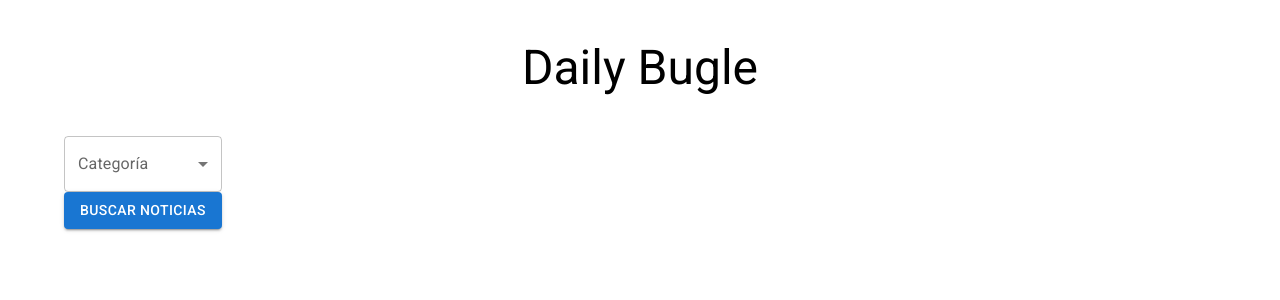
Repository: CarlosCamposRodriguez99/noticiasApp
Page: /
The author's editor kept a copy of each file at every save. The page is drawn from the files as they stood at one save, then again after the next save.
The browser window is 1280 px wide. The pictures show the whole page.
Some web fonts or font styles are not loaded; a fallback is used. The project was rebuilt for these pictures with package versions that can differ from the ones it lists, and the page was loaded fresh each time. Also part of the build but not shown: vite.config.js.

Above is the page before, as saved 2022-06-07 19:38:36.

### index.html
<!DOCTYPE html>
<html lang="en">
  <head>
    <meta charset="UTF-8" />
    <link rel="icon" type="image/svg+xml" href="/src/favicon.svg" />
    <meta name="viewport" content="width=device-width, initial-scale=1.0" />
    <title>Buscador de Noticias</title>
    <link rel="preconnect" href="https://fonts.googleapis.com">
    <link rel="preconnect" href="https://fonts.gstatic.com" crossorigin>
    <link href="https://fonts.googleapis.com/css2?family=Joan&family=Roboto:wght@300;400;500;700&display=swap" rel="stylesheet">
  </head>
  <body>
    <div id="root"></div>
    <script type="module" src="/src/main.jsx"></script>
  </body>
</html>

### src/App.jsx
import { Container, Grid, Typography } from '@mui/material';
import Formulario from './components/Formulario';

function App() {

  return (
    <Container>
      <header>
        <Typography
          align="center"
          marginY={5}
          component='h1'
          variant='h3'
        >
          Daily Bugle
        </Typography>
      </header>

      <Formulario />
    </Container>
  )
}

export default App

### src/components/Formulario.jsx
import { FormControl, InputLabel, Select, MenuItem, Button, Box} from '@mui/material';

const CATEGORIAS = [
  { value: 'general', label: 'General'},
  { value: 'business', label: 'Negocios'},
  { value: 'entertainment', label: 'Entretenimiento'},
  { value: 'health', label: 'Salud'},
  { value: 'science', label: 'Ciencia'},
  { value: 'sports', label: 'Deportes'},
  { value: 'technology', label: 'Tecnología'},
]

const Formulario = () => {
  return (
    <form>
      <FormControl>
        <InputLabel>Categoría</InputLabel>
        <Select
          label="categoria"
        >
          {CATEGORIAS.map(categoria => (
            <MenuItem
              key={categoria.value}
              value={categoria.value}
            >
              {categoria.label}
            </MenuItem>
          ))}

        </Select>

        <Button
          fullWidth
          variant='contained'
        >
          Buscar Noticias
        </Button>
      </FormControl>
    </form>
  )
}

export default Formulario

Loaded but not shown: src/main.jsx (common file)

After the next save:
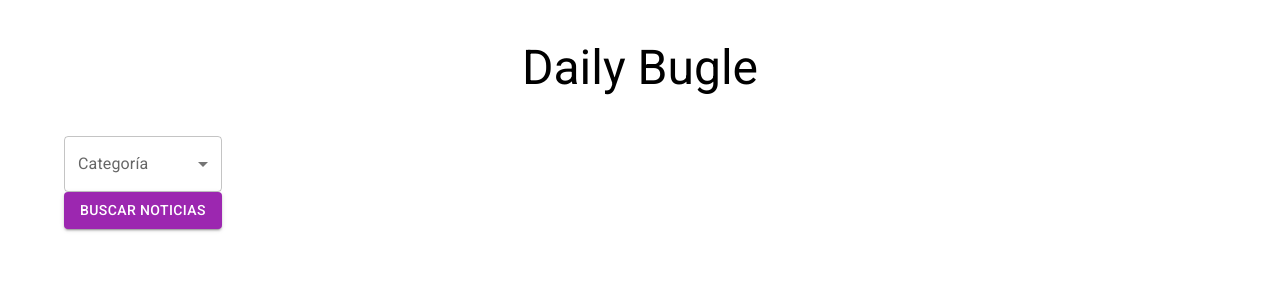
Saved 27 s later.
--- a/src/components/Formulario.jsx
+++ b/src/components/Formulario.jsx
@@ -32,6 +32,7 @@
         <Button
           fullWidth
           variant='contained'
+          color='secondary'
         >
           Buscar Noticias
         </Button>
